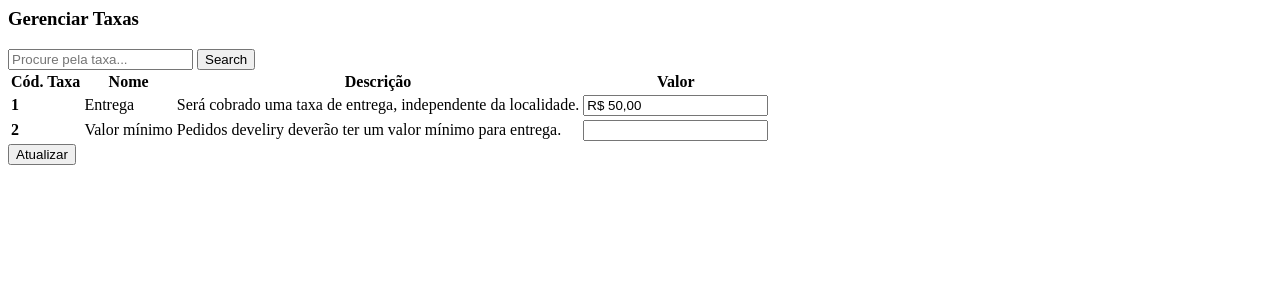
Repository: uuuuriel/hamburgueria
Page: Hamburgueria/WebContent/resources/taxa/gerenciaTaxa.html
An editor plug-in stored every save of this project. The page is shown before and after the next save, followed by the edit.
The browser window is 1280 px wide. The pictures show the whole page.

Above is the page before, as saved 2016-02-19 13:25:58.
Console error: ReferenceError: $ is not defined

After the next save:
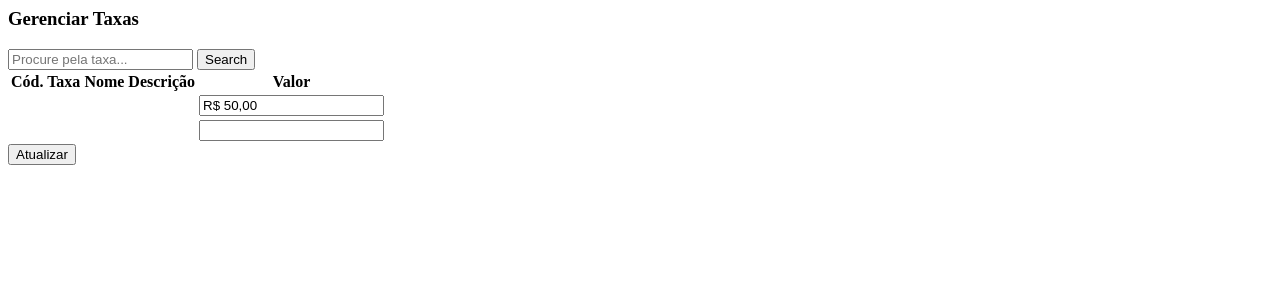
Saved 29 s later.
--- a/Hamburgueria/WebContent/resources/taxa/gerenciaTaxa.html
+++ b/Hamburgueria/WebContent/resources/taxa/gerenciaTaxa.html
@@ -22,13 +22,13 @@
 			<tbody>
 				<tr>
 					<td class='center'>
-						<span><strong id='cod1'>1</strong></span>
+						<span><strong id='cod1'></strong></span>
 					</td>
 					<td>
-						<span id='nome1'>Entrega</span>
+						<span id='nome1'></span>
 					</td>
 					<td>
-						<span id='descricao1'>Será cobrado uma taxa de entrega, independente da localidade.</span>
+						<span id='descricao1'></span>
 					</td>
 					<td>
 						<input id='valor1' value='R$ 50,00' name='valor2' class='form-control'/>
@@ -36,13 +36,13 @@
 				</tr>
 				<tr>
 					<td class='center'>
-						<span><strong id='cod2'>2</strong></span>
+						<span><strong id='cod2'></strong></span>
 					</td>
 					<td>
-						<span id='nome2'>Valor mínimo</span>
+						<span id='nome2'></span>
 					</td>
 					<td>
-						<span id='descricao2'>Pedidos develiry deverão ter um valor mínimo para entrega.</span>
+						<span id='descricao2'></span>
 					</td>
 					<td>
 						<input id='valor2' name='valor2' class='form-control'/>
